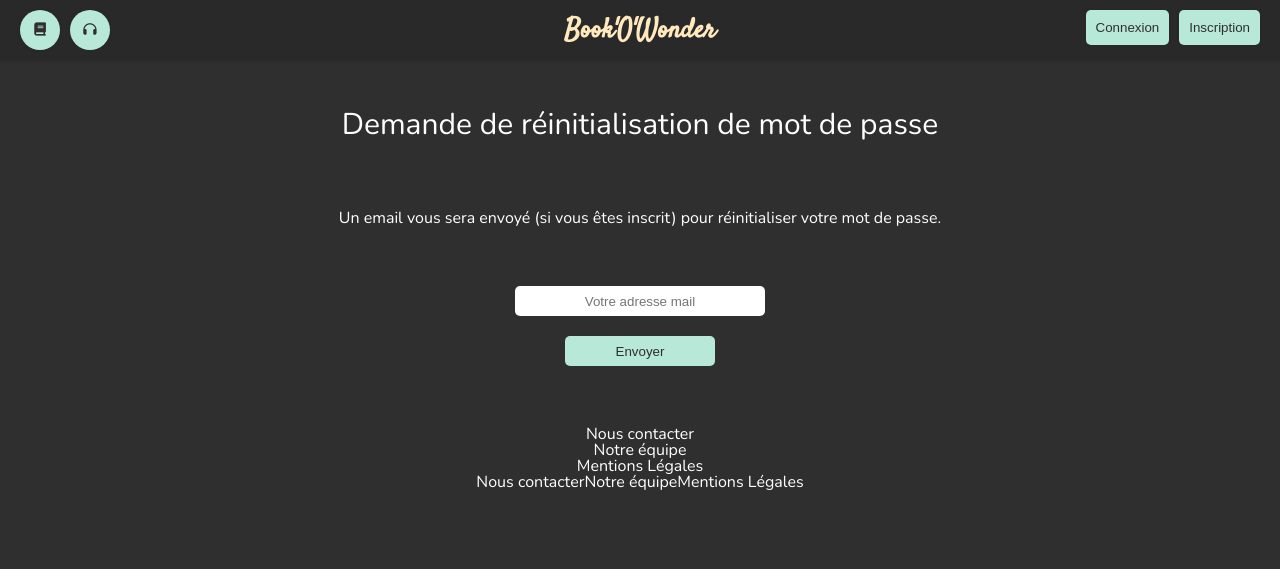
Repository: AnneLineC/book-o-wonder-front
Page: /reinitialisation
The author's editor kept a copy of each file at every save. The page is drawn from the files as they stood at one save, then again after the next save.
The browser window is 1280 px wide. The pictures show the whole page.
The page's requests for data from a server got no answer. Some web libraries are served in a nearby version. The project was rebuilt for these pictures with package versions that can differ from the ones it lists, and the page was loaded fresh each time. No one was signed in, and anything a server would have sent is missing. Also part of the build but not shown: src/components/HeaderApp/LoggedMenu/styles.scss, src/components/HeaderApp/LoggedMenu/index.js, src/components/BookCard/styles.scss, src/components/BookCard/index.js, src/components/HomePage/styles.scss, src/components/HomePage/index.js, src/components/LoginPage/styles.scss, src/components/LoginPage/index.js and 30 more.

Above is the page before, as saved 2021-12-21 10:34:14.

After the next save:
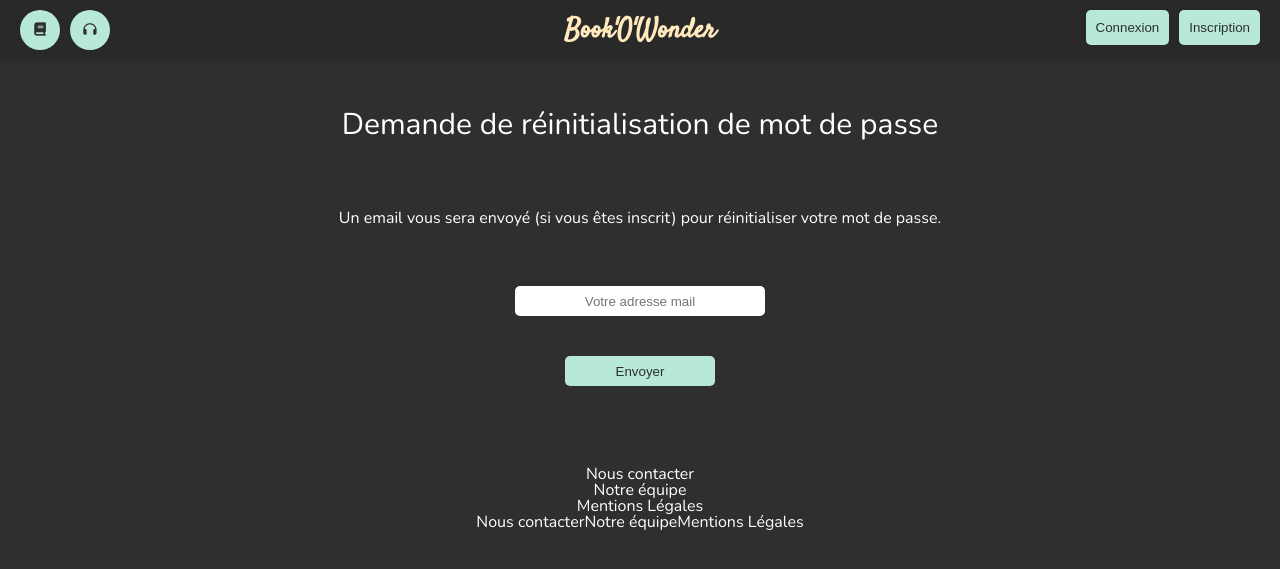
Saved 105 s later.
--- a/src/components/AskResetPage/styles.scss
+++ b/src/components/AskResetPage/styles.scss
@@ -35,10 +35,10 @@
 
   &__ask-reset {
     background-color: vars.$color--green-light;
-    border-radius: vars.$radius;
-    width: 150px;
-    height: 30px;
-    margin: auto;
+        height: 3rem;
+        width: 15rem;
+        margin: 2rem auto 2rem auto;
+        border-radius: vars.$radius;
   }
 
   &__error {
